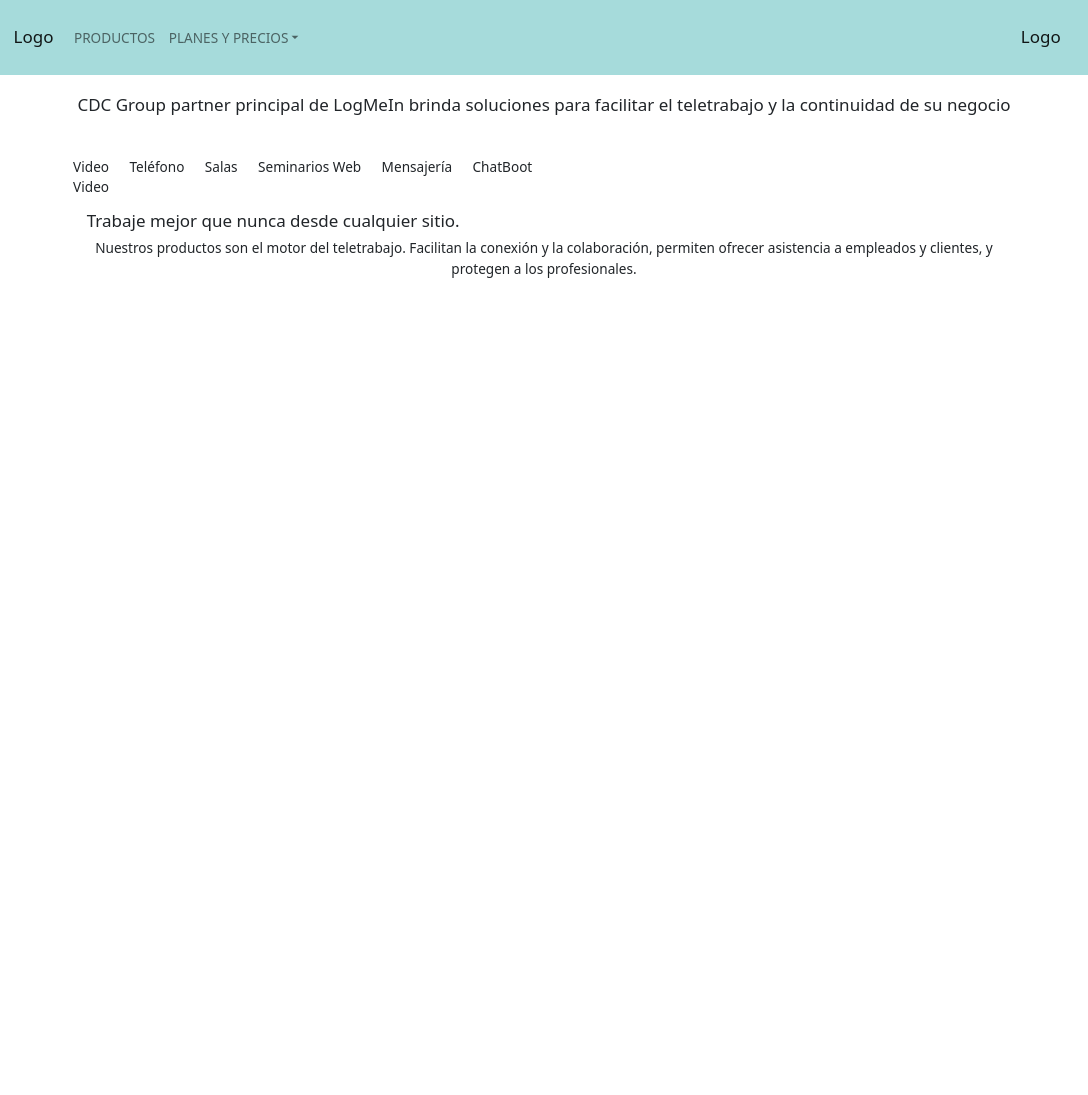
Repository: onehitwondermx/cdclogmein
Page: index.html
The author's editor kept a copy of each file at every save. The page is drawn from the files as they stood at one save, then again after the next save.
The browser window is 1280 px wide. The pictures show the whole page, at 85% of full size.

Above is the page before, as saved 2021-06-03 22:26:46.

### index.html
<!DOCTYPE html>
<html lang="es">
  <head>
    <meta charset="utf-8">
    <meta name="viewport" content="width=device-width, initial-scale=1">
    <script src="https://cdn.jsdelivr.net/npm/bootstrap@5.0.1/dist/js/bootstrap.bundle.min.js" integrity="sha384-gtEjrD/SeCtmISkJkNUaaKMoLD0//ElJ19smozuHV6z3Iehds+3Ulb9Bn9Plx0x4" crossorigin="anonymous"></script>
    <link href="https://cdn.jsdelivr.net/npm/bootstrap@5.0.1/dist/css/bootstrap.min.css" rel="stylesheet" integrity="sha384-+0n0xVW2eSR5OomGNYDnhzAbDsOXxcvSN1TPprVMTNDbiYZCxYbOOl7+AMvyTG2x" crossorigin="anonymous">
    <title>LogMeIn - CDC Gropu</title>
  </head>
<body>
  <nav class="navbar sticky-top navbar-expand-lg navbar-light" style="background-color: #a6dbdb;">
    <div class="p-3 container-fluid">
        <a href="#" class="navbar-brand">Logo</a>
        <button class="navbar-toggler" type="button" data-bs-toggle="collapse" data-bs-target="#navbarText" aria-controls="navbarText" aria-expanded="false" aria-label="Toggle navigation">
          <span class="navbar-toggler-icon"></span>
        </button>
        <div class="collapse navbar-collapse" id="navbarText">
            <ul class="navbar-nav me-auto mb-2 mb-lg-0">
              <li class="nav-item"><a class="nav-link" href="#">PRODUCTOS</a></li>
              <li class="nav-item dropdown"><a class="nav-link dropdown-toggle" href="#" id="navbarScrollingDropdown" role="button" data-bs-toggle="dropdown" aria-expanded="false">PLANES Y PRECIOS</a>
                <ul class="dropdown-menu" aria-labelledby="navbarScrollingDropdown">
                  <li><a class="dropdown-item" href="#">GoToConnect</a></li>
                  <li><a class="dropdown-item" href="#">GoToMeeting</a></li>
                  <li><a class="dropdown-item" href="#">GoToWebinar</a></li>
                  <li><a class="dropdown-item" href="#">LastPass</a></li>
                  <li><a class="dropdown-item" href="#">Central</a></li>
                  <li><a class="dropdown-item" href="#">GoToMyPC</a></li>
                  <li><a class="dropdown-item" href="#">GoToTraining</a></li>
                  <li><a class="dropdown-item" href="#">GoAssist</a></li>
                </ul>
              </li>
            </ul>
            <a href="#" class="navbar-brand">Logo</a>
          </div>
        </div>
    </div>
  </nav>

  <div class="p-4 container-fluid">
      <div class="row justify-content-md-center">
        <div class="col-md-auto">
          <h5 class="center-align">
            CDC Group partner principal de LogMeIn brinda soluciones para facilitar el teletrabajo y la continuidad de su negocio
          </h5>
        </div>
      </div>
  </div>
  <div class="p-3 container">
    <div class="row row-cols-auto">
      <div class="col">
        <span>Video</span>
      </div>
      <div class="col">
        <span>Teléfono</span>
      </div>
      <div class="col">
        <span>Salas</span>
      </div>
      <div class="col">
        <span>Seminarios Web</span>
      </div>
      <div class="col">
        <span>Mensajería
        </span>
      </div>
      <div class="col">
        <span>ChatBoot</span>
      </div>
    </div>
    <div> Video</div>
    <div class="p-3 container">
      <h5>Trabaje mejor que nunca desde cualquier sitio.</h5>
      <p class="text-center">
        Nuestros productos son el motor del teletrabajo. Facilitan la conexión y la colaboración, permiten ofrecer asistencia a empleados y clientes, y protegen a los profesionales.
      </p>
    </div>
  </div>

   <br><br><br><br><br><br><br><br><br><br><br><br><br><br><br><br><br><br><br><br><br><br><br><br><br><br><br><br><br><br><br><br><br><br><br><br><br><br>
  </body>
</html>

After the next save:
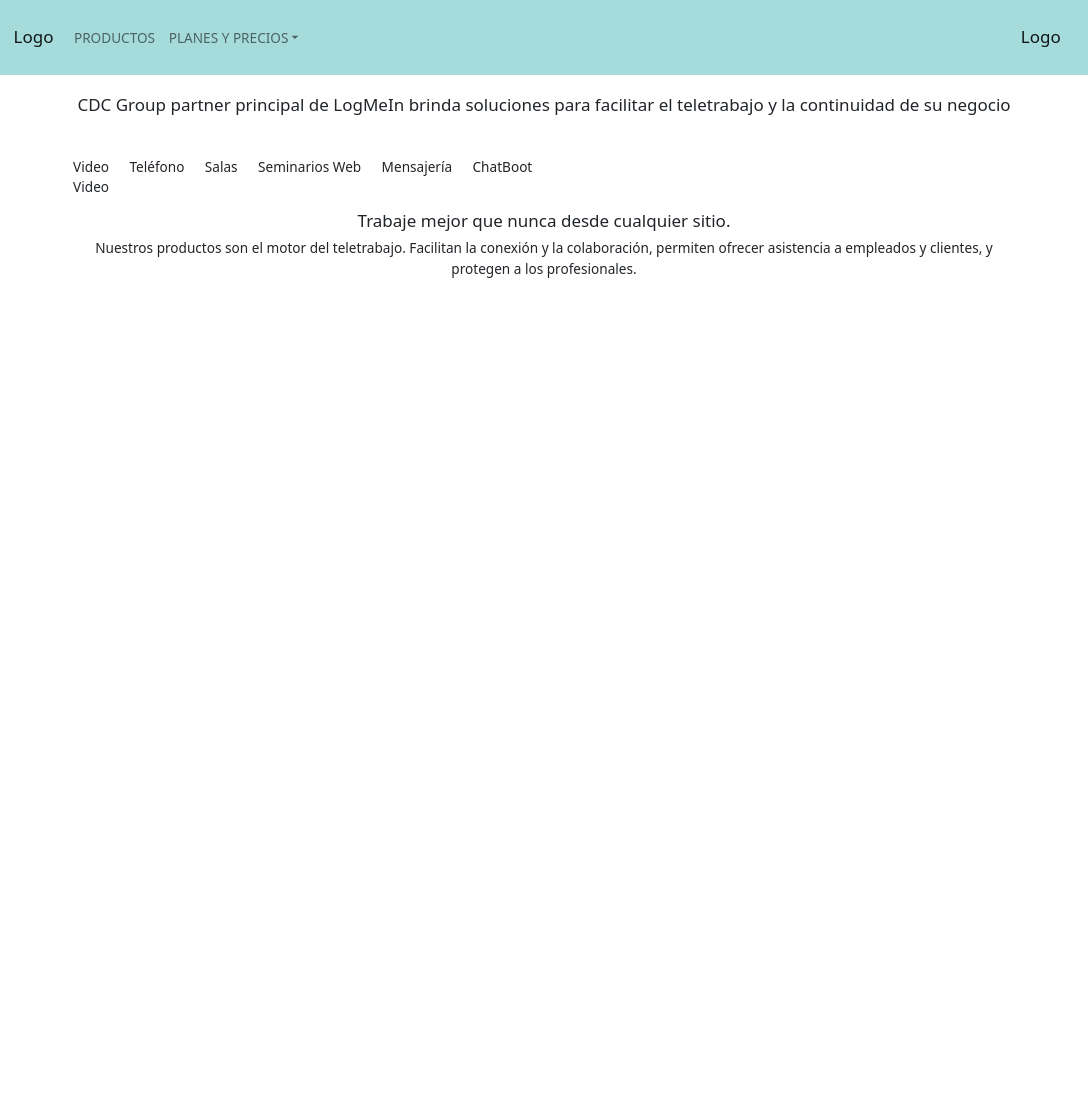
Saved 4 s later.
--- a/index.html
+++ b/index.html
@@ -69,7 +69,7 @@
     </div>
     <div> Video</div>
     <div class="p-3 container">
-      <h5>Trabaje mejor que nunca desde cualquier sitio.</h5>
+      <h5  class="text-center">Trabaje mejor que nunca desde cualquier sitio.</h5>
       <p class="text-center">
         Nuestros productos son el motor del teletrabajo. Facilitan la conexión y la colaboración, permiten ofrecer asistencia a empleados y clientes, y protegen a los profesionales.
       </p>
